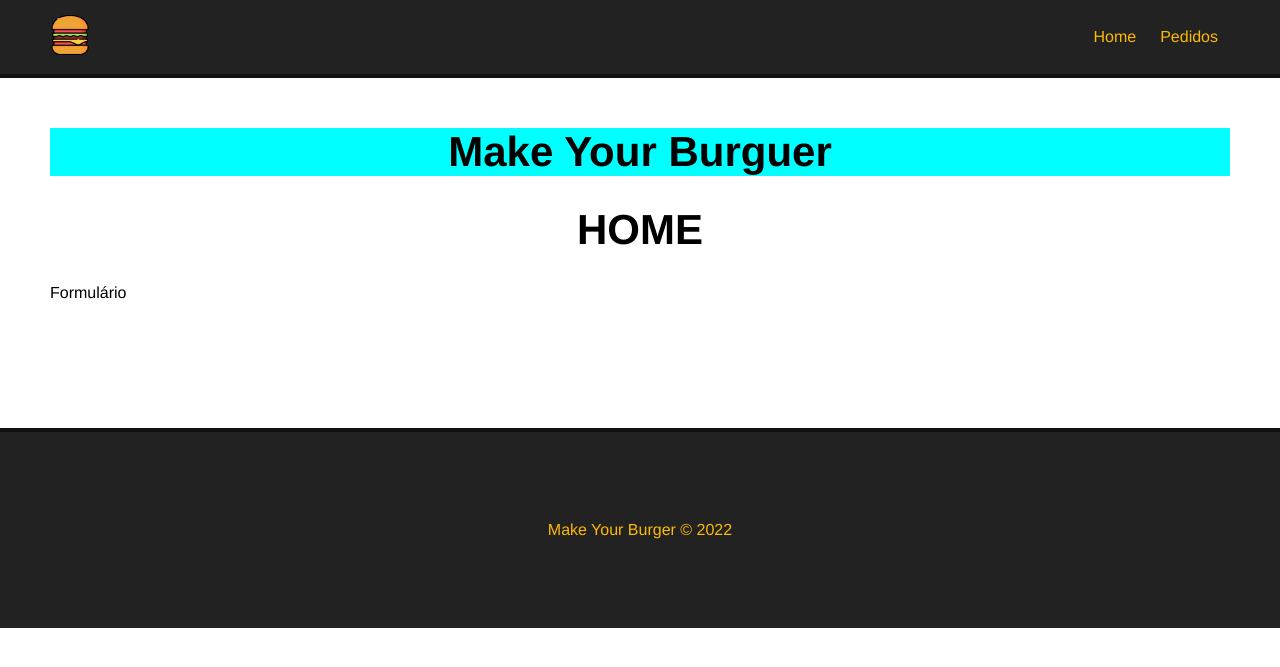
Repository: brunofa23/makeyourburguer
Page: /
An editor plug-in stored every save of this project. The page is shown before and after the next save, followed by the edit.
The browser window is 1280 px wide. The pictures show the whole page.
The project was rebuilt for these pictures with package versions that can differ from the ones it lists, and the page was loaded fresh each time. Also part of the build but not shown: vue.config.js.

Above is the page before, as saved 2022-08-09 19:08:41.

After the next save:
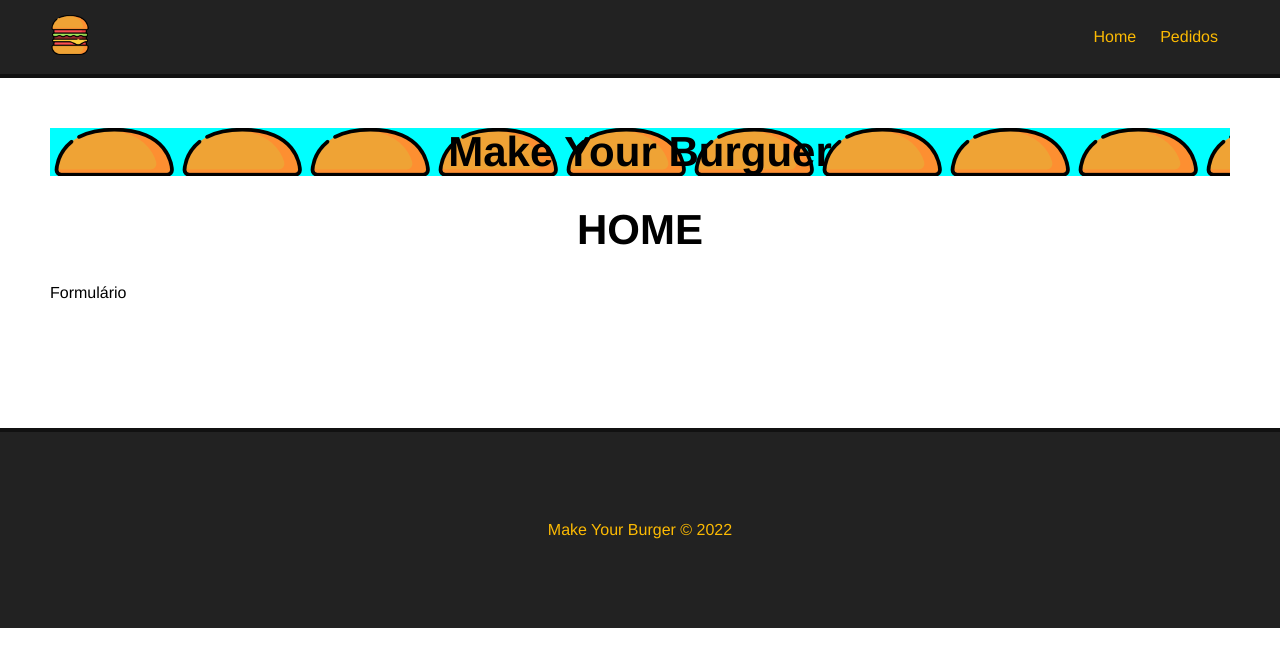
Saved 52 s later.
--- a/src/components/Banner.vue
+++ b/src/components/Banner.vue
@@ -13,6 +13,7 @@
 <style scoped>
 #main-banner{
     background-color: aqua;
+    background-image: url('/img/logo.png');
     /* background-image: url('public\img\burger.jpg'); */
 }
 

After the save that followed:
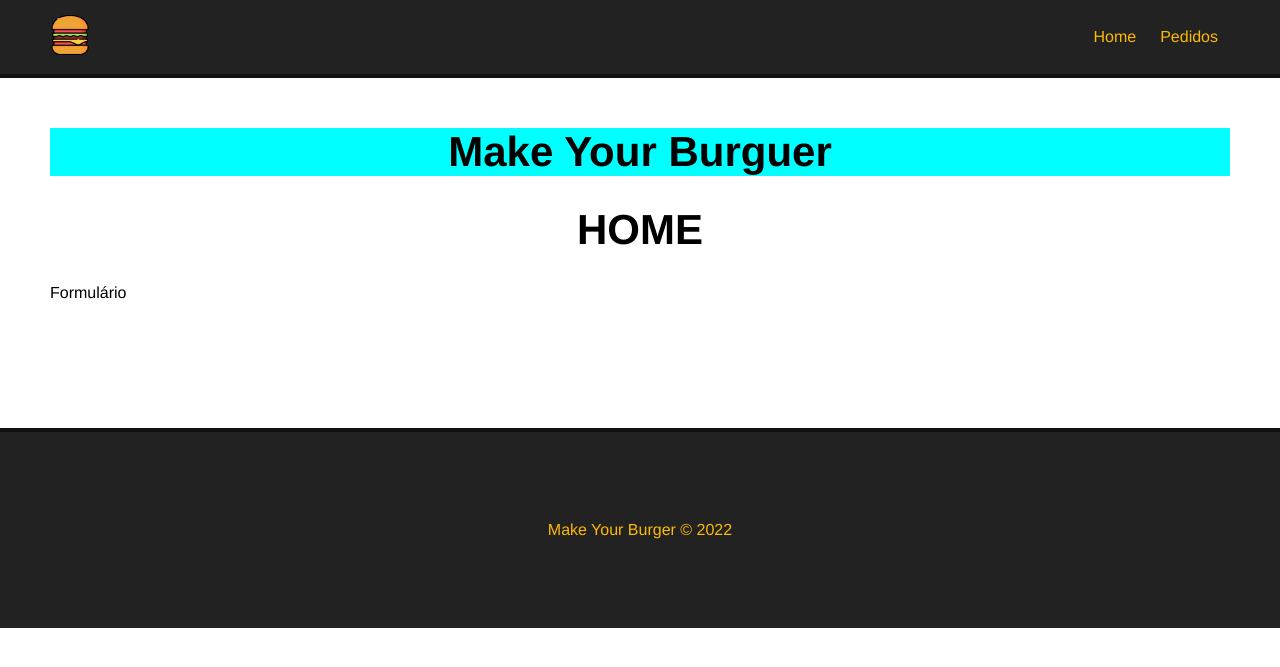
Saved 86 s later.
--- a/src/components/Banner.vue
+++ b/src/components/Banner.vue
@@ -13,7 +13,7 @@
 <style scoped>
 #main-banner{
     background-color: aqua;
-    background-image: url('/img/logo.png');
+    /*background-image: url('/img/logo.png');*/
     /* background-image: url('public\img\burger.jpg'); */
 }
 
